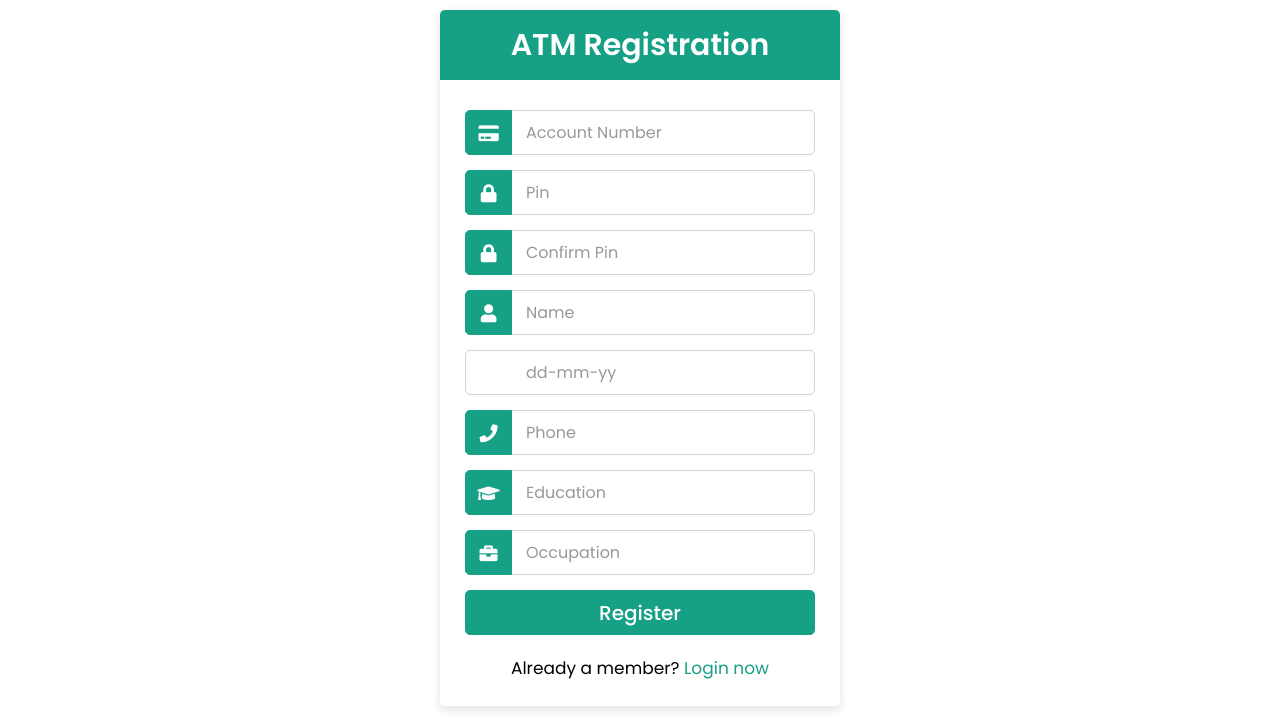
Repository: MounishaMounika/OIBSIP_Java_Programming
Page: http://localhost/ATM_Interface/register.jsp
An editor plug-in stored every save of this project. The page is shown before and after the next save, followed by the edit.
The browser window is 1280 px wide. The pictures show the whole page.
The page is served by Tomcat 9.

Above is the page before, as saved 2023-06-05 09:54:07.

After the next save:
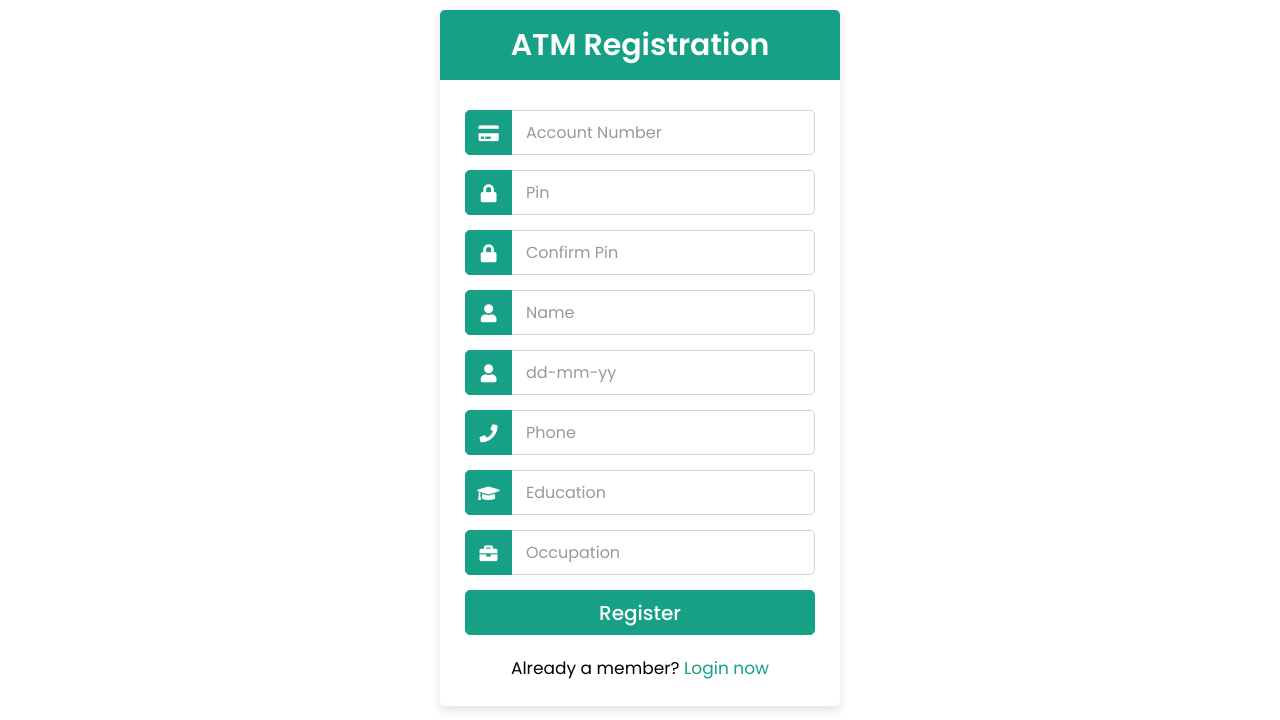
Saved 91 s later.
--- a/Task3_ATM_Interface/ATM_Interface/src/main/webapp/register.jsp
+++ b/Task3_ATM_Interface/ATM_Interface/src/main/webapp/register.jsp
@@ -39,6 +39,7 @@
             <input type="text" name="name" placeholder="Name" required>
           </div>
            <div class="row">
+            <i class="fas fa-user"></i>
             <input type="text" name="DOB" placeholder="dd-mm-yy" required>
           </div>
            <div class="row">
